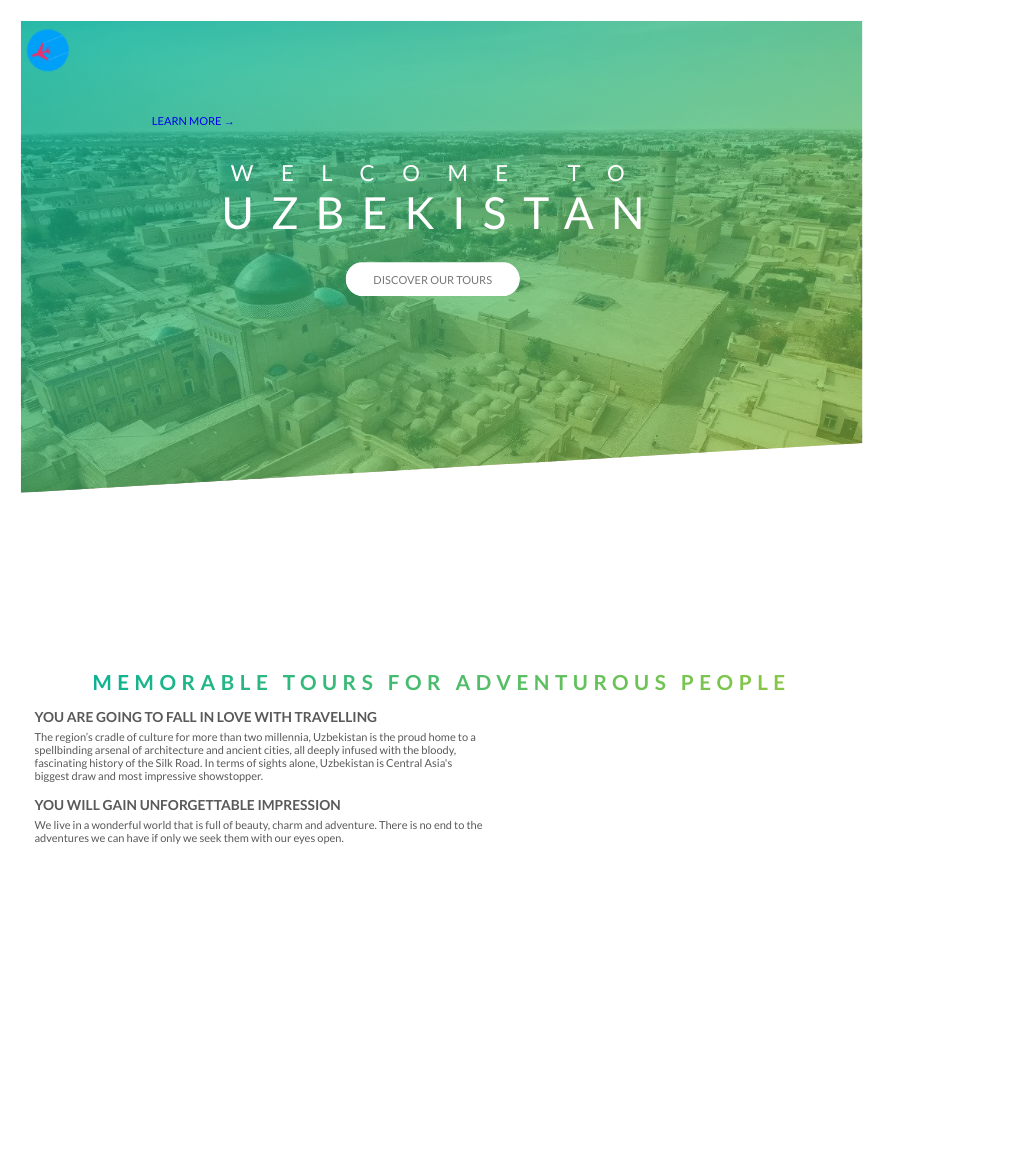
Repository: bmbrdr/UzTours
Page: index.html
These files come from the project's save history. The page is drawn as it stood at one moment and after the next save; the edit follows.
The browser window is 1280 px wide. The page is 1470 px wide, so the pictures cover 1470 px, including what lies to the right of the window. The pictures show the whole page, at 69% of full size.
The style sheet was rebuilt from its Sass, Less or Tailwind sources for each picture, by a compiler version that may differ from the author's.

Above is the page before, as saved 2021-08-09 12:23:54.

### index.html
<!DOCTYPE html>
<html lang="en">
<head>
    <meta charset="UTF-8">
    <meta http-equiv="X-UA-Compatible" content="IE=edge">
    <meta name="viewport" content="width=device-width, initial-scale=1.0">
    <link rel="stylesheet" href="style/style.css">
    <link rel="preconnect" href="https://fonts.googleapis.com">
<link rel="preconnect" href="https://fonts.gstatic.com" crossorigin>
<link href="https://fonts.googleapis.com/css2?family=Lato:ital,wght@0,300;0,400;0,700;1,300;1,400;1,700&        display=swap" rel="stylesheet">
    <title>Uztours</title>
</head>

<body>
    <header class="heading">
    <div class="header__logo-box">
        <a href="index.html">
            <img src="style/logo.png" alt="The logo" class="header__logo" style="animation:cubic-bezier(0.6, 0.04, 0.98, 0.335);">
        </a>
    </div>
    <div class="header__text-box">
        <h1 class="heading-primary">
        <span class="heading-primary--main">Welcome to</span>
        <span class="heading-primary--sub">Uzbekistan</span>
        </h1>
        <a href="#" class="btn btn--white btn--animated pos-btn">Discover our tours </a>
    </div>
    </header>
    <section class="section-about">
        <div class="u-text-center u-text-up">
            <h2 class="heading-secondary">
                memorable tours for adventurous people
            </h2>
        </div>
        <div class="row">
            <div class="col-1-of-2">
                <h3 class="heading-tertiary u-text-up u-margin-bot-small">you are going to fall in love with travelling</h3>
                <p class="paragraph u-margin-bot-mid">The region’s cradle of culture for more than two millennia, Uzbekistan is the proud home to a spellbinding arsenal of architecture and ancient cities, all deeply infused with the bloody, fascinating history of the Silk Road. In terms of sights alone, Uzbekistan is Central Asia's biggest draw and most impressive showstopper.</p>
                <h3 class="heading-tertiary u-text-up u-margin-bot-small">you will gain unforgettable impression</h3>
                <p class="paragraph u-margin-bot-mid">We live in a wonderful world that is full of beauty, charm and adventure. There is no end to the adventures we can have if only we seek them with our eyes open.</p>
                <a href="#" class="btn">Learn more &rarr;</a>
            </div>
            <div class="col-1-of-2">
                <div class="composition">
                    <img src="" alt="" class="compositon_photo compositon_photo--p1">
                    <img src="" alt="" class="compositon_photo compositon_photo--p2">
                    <img src="" alt="" class="compositon_photo compositon_photo--p3">
                </div>
            </div>
        </div>
    </section>













   <!-- <section class="test-grid, u-text-about">
        <div class="row">
            <div class="col-1-of-2">Colum 1</div>
            <div class="col-1-of-2">Colum 1</div>
        </div>
        <div class="row">
            <div class="col-1-of-3">Colum 2</div>
            <div class="col-1-of-3">Colum 2</div>
            <div class="col-1-of-3">Colum 2</div>
        </div>
        <div class="row">
            <div class="col-1-of-3">Colum 3</div>
            <div class="col-2-of-3">Colum 3</div>
        </div>
        <div class="row">
            <div class="col-1-of-4">Colum 4</div>
            <div class="col-1-of-4">Colum 4</div>
            <div class="col-1-of-4">Colum 4</div>
            <div class="col-1-of-4">Colum 4</div>
        </div>
        <div class="row">
            <div class="col-1-of-4">Colum 5</div>
            <div class="col-1-of-4">Colum 5</div>
            <div class="col-2-of-4">Colum 5</div>
        </div>
        <div class="row">
            <div class="col-1-of-4">Colum 6</div>
            <div class="col-3-of-4">Colum 6</div>
        </div>
    </section> -->
</body>
</html>

### style/style.scss

@import 'abstracts/variables';
@import 'abstracts/mixins';
@import 'abstracts/functions';
@import 'abstracts/extends';

@import 'base/base';
@import 'base/typography';
@import 'base/animations';
@import 'base/utility';

@import 'layout/header';
@import 'layout/grid';

@import 'components/buttons';
@import 'components/images';

@import 'pages/page';

@import 'utility/utility';

### style/abstracts/_variables.scss
$color-primary: #fefaa9;
$color-primary-light: #00b09bbe;
$color-primary-dark: #96c93dc0;
$color-white: #fff;
$color-sunset-gray: #fff;
$color-dark-grey: #777;
$color-black: #000;
$color-orange: rgb(252, 155, 28);
$grid-width: 144rem;
$vertical-gutter:8rem;
$horizontal-gutter:6rem;

### style/abstracts/_mixins.scss
@mixin clearfix {
    &::after{
        content: "";
        clear: both;
        display: table-co;
    }
}

### style/abstracts/_functions.scss
// some of them

### style/abstracts/_extends.scss
%btn_focus{
    outline: none;
    transform: translateY(-.1rem);
    box-shadow: rgba($color-black, 0.2) 0 0.5rem 1rem;
}
%btn{
    text-decoration: none;
    display: inline-block;
    padding: 1.5rem 4rem;
    border-radius: 10rem;
    text-transform: uppercase;
    transition: all .2s;
    position:absolute;
    top: 15rem;
    left:18rem;
    border: none;
    cursor: pointer;
}

### style/base/_base.scss
*{
    margin: 0;
    padding: 0;
    box-sizing: border-box;}

html{
    font-size: 62.5%;}

body{
    font-family: 'Lato', sans-serif;
    font-size: 1.6rem;
    padding: 3rem;}

### style/base/_typography.scss
.heading-primary{
    &--main {
        display: block;
        font-size: 100%;
        font-weight: 400;
        letter-spacing: 4rem;
        animation: MoveInLeft 2s;
    }
    &--sub {
        display: block;
        font-size: 200%;
        font-weight: 400;
        letter-spacing: 2.5rem;
        animation: MoveInRight 2s;}
}
.heading-secondary{
    letter-spacing: .8rem;
    font-weight: 800;
    font-size: 3rem;
    background-clip: text;
    -webkit-background-clip: text;
    color:transparent;
    background-image:linear-gradient(to right,
    rgba($color-primary-light, 1),
    rgba($color-primary-dark, 1));

    transition:all 1s;

    &:hover{
        transform:skewX(10deg) skewY(2deg) scale(1.5);
       }

}
.heading-tertiary{
    font-weight: 600;
    font-size: 2rem;
}

.heading-tertiary, .paragraph{
    color: #595959;
}

### style/base/_animations.scss
        @keyframes MoveInLeft {
            0% {
                opacity: 0;
                transform: translate(-10rem) rotateX(120deg);
        }

            80%{
                transform: translate(1rem);
            }
            100% {
            opacity: 1;
            transform: translate(0);
        }
        }


        @keyframes MoveInRight {
            0%{
                opacity: 0;
                transform: translate(10rem) rotateX(-120deg);
            }
            80% {
                transform: translate(-1rem);
            }
            100%{
                opacity: 1;
                transform: translate(0);
            }

        }



        @keyframes MoveInBot {
            0%{
                opacity: 0;
                transform: translateY(5rem)
            }
            100%{
                opacity: 1;
                transform: translateY(0);
            }

        }



         @keyframes ForLogo{
            0%{
                transform: rotate(0deg)
                    }
            100%{
                transform: rotate(360deg)
            }
         }

### style/base/_utility.scss
.u-text-center{
    text-align:center;
}
.u-text-up{
    text-transform: uppercase;
}
.u-margin-bot-big{
    margin-bottom: 8rem;
}
.u-margin-bot-mid{
    margin-bottom: 2rem;
}
.u-margin-bot-small{
    margin-bottom: .8rem;
}
.u-text-size{
    font-size: 2rem;
}

### style/layout/_header.scss

.heading{
    height: 95vh;
    background-image:linear-gradient(to right bottom,
    rgba($color-primary-light, 0.8),
    rgba($color-primary-dark, 0.6)),
     url(background.jpg);
    background-size: cover;
    background-position: top;
    clip-path: polygon(0 0, 100% 0, 100% 85vh, 0 100%);

    &-primary {
        text-transform: uppercase;
        color: $color-white; }}

    .header{

    &__text-box {
            position: absolute;
            top: 40%;
            left: 50%;
            transform: translate(-50%, -50%);
            text-align: center}

    &__logo-box {
        position: absolute;
        top: 4rem;
        left: 4rem;
        animation: ForLogo 1.5s infinite;}

    &__logo {
        height: 6rem;
        width: 6rem;}}

### style/layout/_grid.scss
.row{
    width: $grid-width;
    // background-color: #eee;
    margin: 0 auto;

   &:not(:last-child){
     margin-bottom: $vertical-gutter;

    }
    @include clearfix;}



  [class^=col-]{
    float:left;
    // background-color: $color-orange;
    padding: 2rem;
    &:not(:last-child){
      margin-right: $horizontal-gutter;
    }

  }
  .col-1-of-2{
    width: calc( (100% - #{$horizontal-gutter}) / 2);
  }
  .col-1-of-3{
    width: calc( (100% - 2 * #{$horizontal-gutter}) / 3);
  }
  .col-2-of-3{
    width: calc(2 * ( (100% - 2 * #{$horizontal-gutter}) / 3) + #{$horizontal-gutter});
  }
  .col-1-of-4{
    width: calc( (100% - 3 * #{$horizontal-gutter}) / 4);
  }
  .col-2-of-4{
    width: calc(2 * ( (100% - 3 * #{$horizontal-gutter}) / 4) + #{$horizontal-gutter});
    }
  .col-3-of-4{
    width: calc(3 * ( (100% - 3 * #{$horizontal-gutter}) / 4) + 2 * #{$horizontal-gutter});
  }

### style/components/_buttons.scss
.btn{
    &:link, &:visited{
        text-decoration: none;
        display: inline-block;
        padding: 1.5rem 4rem;
        border-radius: 10rem;
        text-transform: uppercase;
        transition: all .2s;
        position:absolute;
        top: 15rem;
        left:18rem;
        border: none;
        cursor: pointer;
    }

    &--animated {
    animation: MoveInBot .5s ease-out .75s;
    animation-fill-mode: backwards; }

    &--white {
    color: #777;
    background-color: $color-white;

    &::after {
        background-color: $color-white; }}




  &:hover {
    transform: translateY(-.3rem);
    box-shadow: rgba($color-black, 0.2) 0 1rem 2rem;

    &::after {
        transform: scaleX(1.4) scaleY(1.6);
        opacity: 0; }}


  &:active, &:focus {
      outline: none;
      transform: translateY(-.1rem);
      box-shadow: rgba($color-black, 0.2) 0 0.5rem 1rem;
     }

  &::after {
    content: "";
    height: 100%;
    width: 100%;
    border-radius: 10rem;
    display: inline-block;
    position: absolute;
    top: 0;
    left: 0;
    z-index: -1;
    transition: all .4s; }
  }

.btn-text{
   &:link, &:visited{
     display: inline;
     text-decoration: none;
     color: $color-primary-light;
     padding: .7rem;
     border-bottom: $color-primary-light solid 1px ;
    transition: all .2s;

   }
 &:hover{
   transform: translateY(-.3rem);
   background-color: $color-primary-light;
   color:$color-white;
   box-shadow: 0 1rem 2rem rgba(0, 0, 0, 0.2);
 }
&:focus{
  transform: translateY(0);
  box-shadow:  0 .5rem 1rem rgba(0, 0, 0, 0.1);
}
}

### style/pages/_page.scss
.section-about{
    margin: 25rem auto;
    background-color: $color-sunset-gray;
    padding: 40rem 0;
    margin-top: -20vh;
}

### style/utility/_utility.scss
.u-text-about{
    text-align: center;
}

Loaded but not shown: style/components/_images.scss (no stored copy; drawn as an empty file)

After the next save:
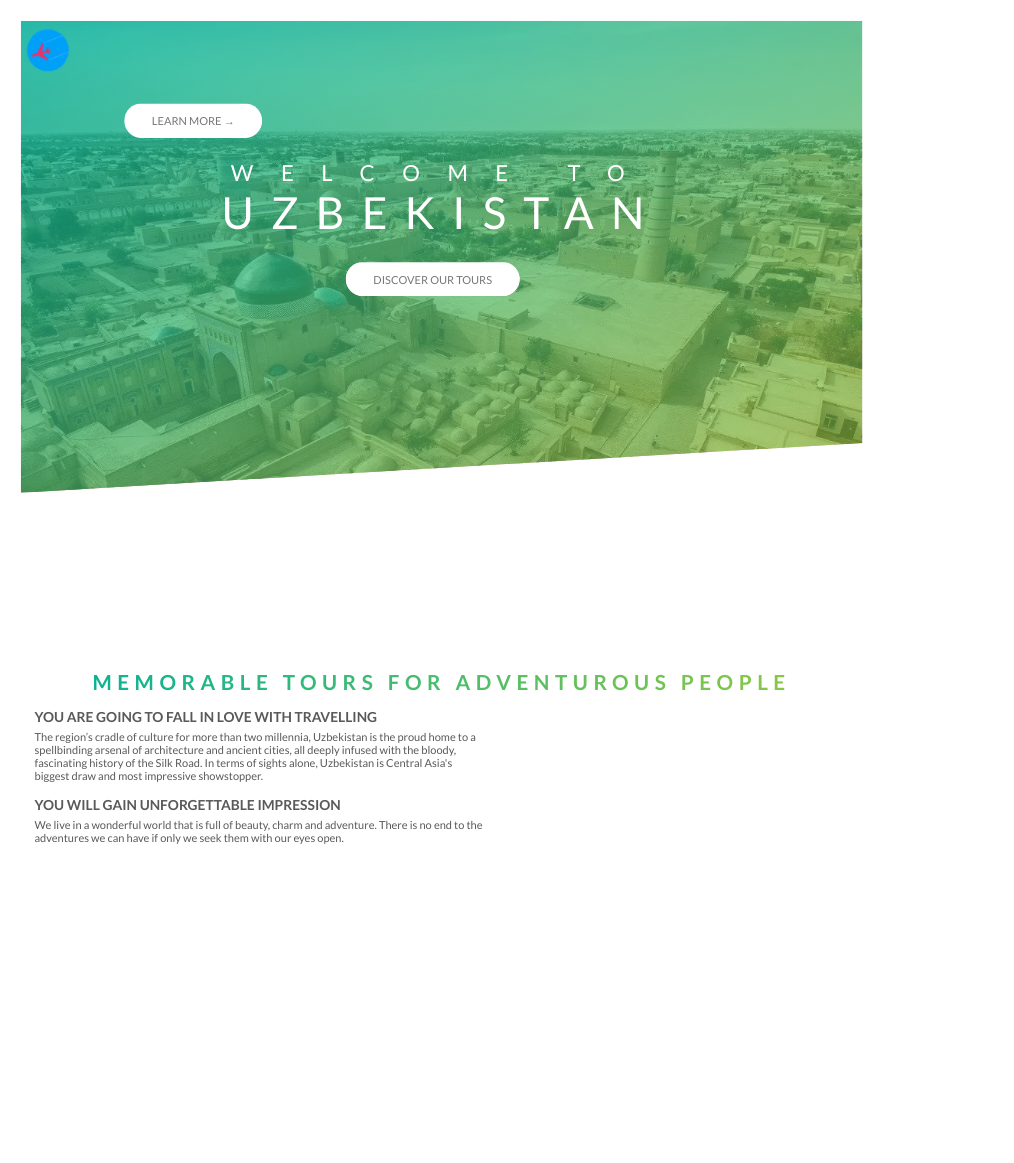
Saved 21 s later.
--- a/index.html
+++ b/index.html
@@ -38,7 +38,7 @@
                 <p class="paragraph u-margin-bot-mid">The region’s cradle of culture for more than two millennia, Uzbekistan is the proud home to a spellbinding arsenal of architecture and ancient cities, all deeply infused with the bloody, fascinating history of the Silk Road. In terms of sights alone, Uzbekistan is Central Asia's biggest draw and most impressive showstopper.</p>
                 <h3 class="heading-tertiary u-text-up u-margin-bot-small">you will gain unforgettable impression</h3>
                 <p class="paragraph u-margin-bot-mid">We live in a wonderful world that is full of beauty, charm and adventure. There is no end to the adventures we can have if only we seek them with our eyes open.</p>
-                <a href="#" class="btn">Learn more &rarr;</a>
+                <a href="#" class="btn btn--white btn--animated pos-btn">Learn more &rarr;</a>
             </div>
             <div class="col-1-of-2">
                 <div class="composition">

After the 2 saves that followed:
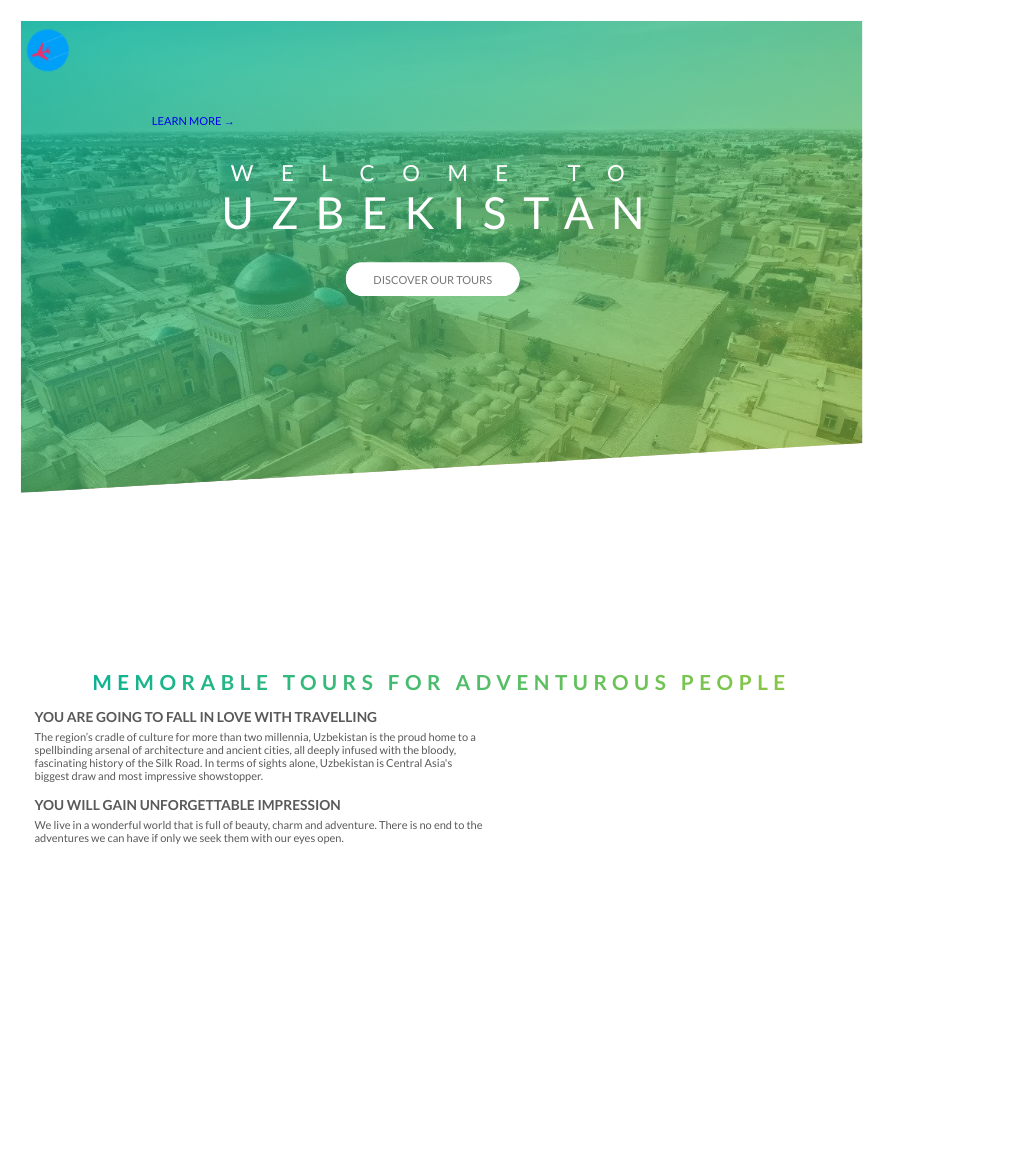
The 2 saves are shown as one change because 1 left the picture as it was.
The last was saved 22 s later.
--- a/index.html
+++ b/index.html
@@ -38,7 +38,7 @@
                 <p class="paragraph u-margin-bot-mid">The region’s cradle of culture for more than two millennia, Uzbekistan is the proud home to a spellbinding arsenal of architecture and ancient cities, all deeply infused with the bloody, fascinating history of the Silk Road. In terms of sights alone, Uzbekistan is Central Asia's biggest draw and most impressive showstopper.</p>
                 <h3 class="heading-tertiary u-text-up u-margin-bot-small">you will gain unforgettable impression</h3>
                 <p class="paragraph u-margin-bot-mid">We live in a wonderful world that is full of beauty, charm and adventure. There is no end to the adventures we can have if only we seek them with our eyes open.</p>
-                <a href="#" class="btn btn--white btn--animated pos-btn">Learn more &rarr;</a>
+                <a href="#" class="btn">Learn more &rarr;</a>
             </div>
             <div class="col-1-of-2">
                 <div class="composition">
